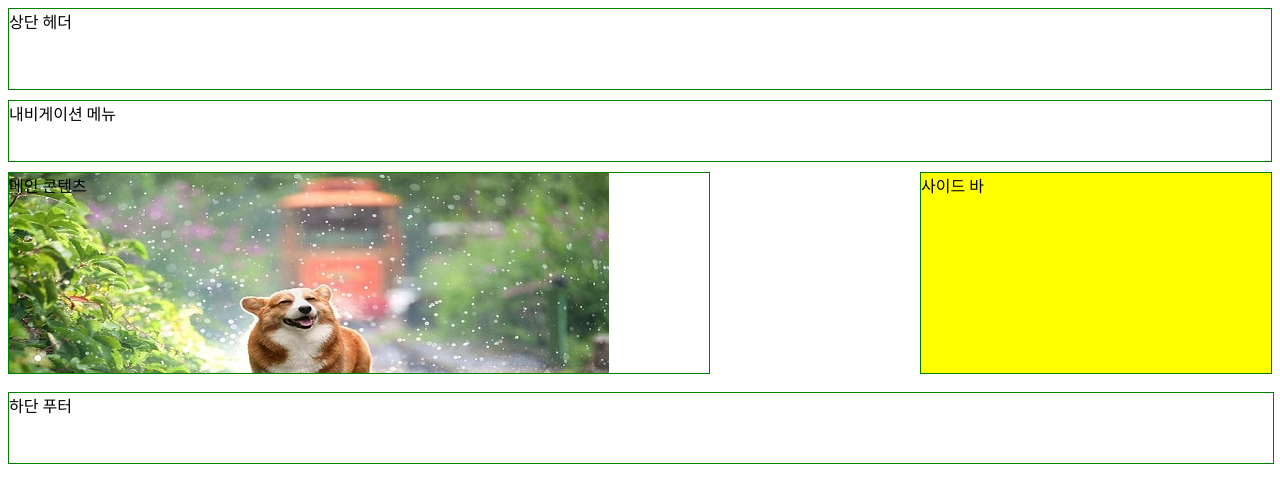
Repository: woosungtae/html_css
Page: pro01/public/1.html
An editor plug-in stored every save of this project. The page is shown before and after the next save, followed by the edit.
The browser window is 1280 px wide. The pictures show the whole page.

Above is the page before, as saved 2022-12-12 06:16:34.

### pro01/public/1.html
<!DOCTYPE html>
<html lang="ko">
<head>
    <meta charset="UTF-8">
    <title>Document</title>
    <style>
        header {
            border : 1px solid green;
            height: 80px;
            margin-bottom: 10px;
        }
        nav {
            border : 1px solid green;
            height: 60px;
            margin-bottom: 10px;
        }
        nav:hover {
            color: red;
        }
        section {
            border: 1px solid green;
            height: 200px;
            width: 700px;
            float: left;
            margin-right: 20px;
            margin-bottom: 10px;
            background: url(images/dog.jpg) no-repeat;
        }
        aside {
            border: 1px solid green;
            height: 200px;
            width: 350px;
            float: right;
            background-color: yellow;
        }
        footer {
            clear: both;
            border: 1px solid green;
            height: 70px;
            width: 100%;
            margin-top: 230px;
        }
    </style>
</head>
<body>
    <header>
        <div>상단 헤더</div>
    </header>
    <nav>
        <div>내비게이션 메뉴</div>
    </nav>
        <section>
            <div>메인 콘텐츠</div>
        </section>
        <aside>
            <div>사이드 바</div>
        </aside>
        <footer>
            <div>하단 푸터</div>
        </footer>
</body>
</html>

After the next save:
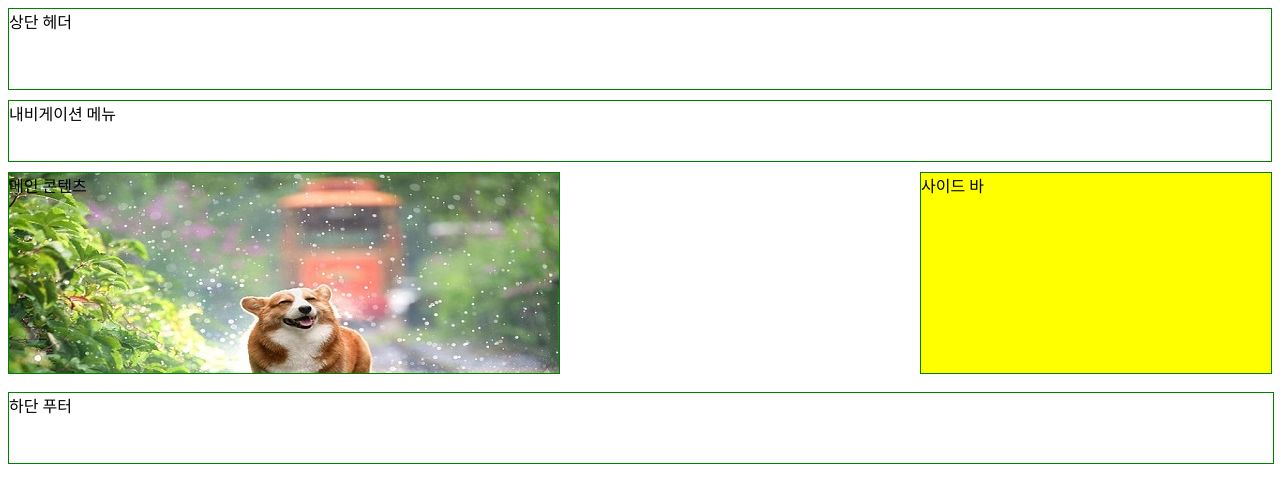
Saved 5 s later.
--- a/pro01/public/1.html
+++ b/pro01/public/1.html
@@ -20,7 +20,7 @@
         section {
             border: 1px solid green;
             height: 200px;
-            width: 700px;
+            width: 550px;
             float: left;
             margin-right: 20px;
             margin-bottom: 10px;
